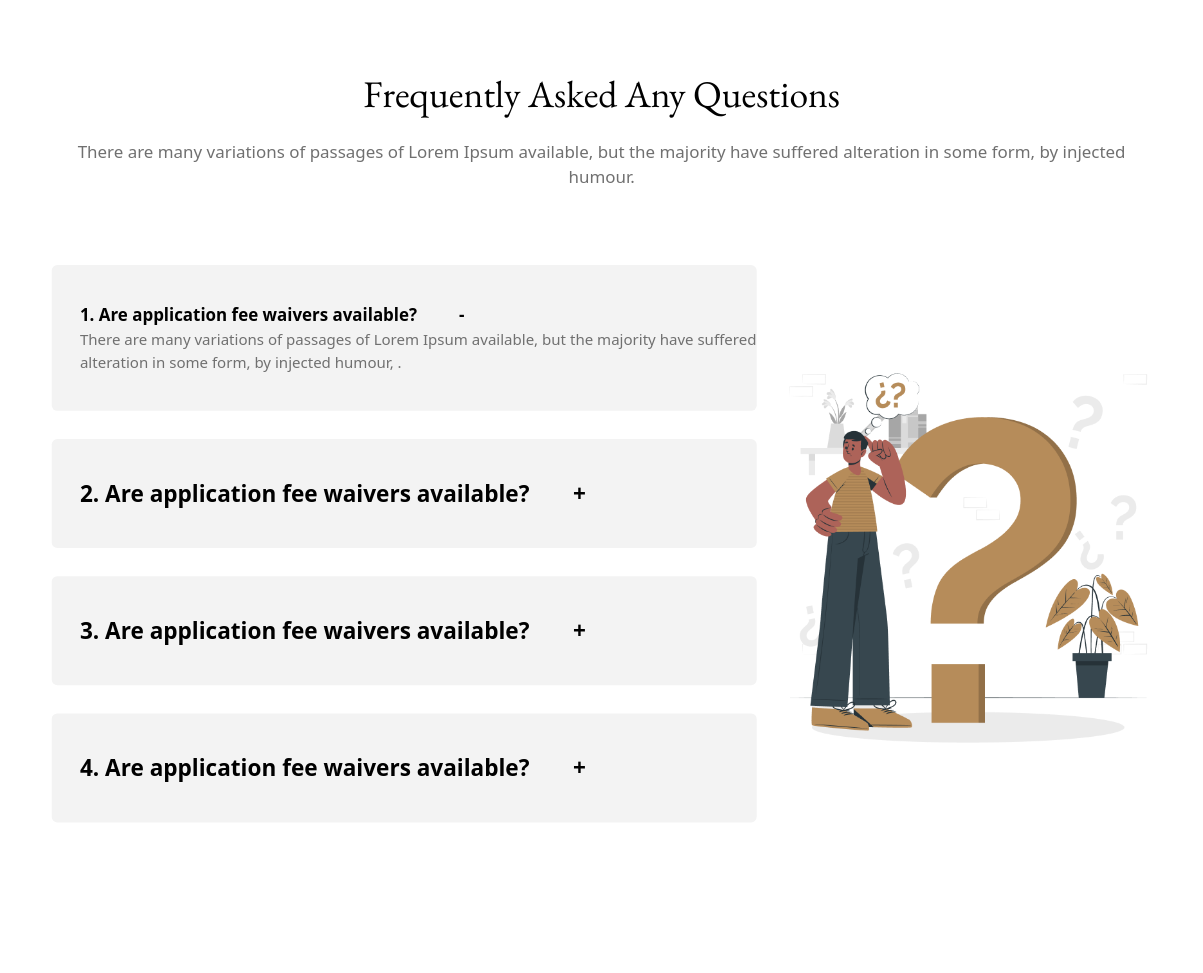
Repository: nahid-hasann/website-6
Page: index.html
An editor plug-in stored every save of this project. The page is shown before and after a run of saves, followed by the edit.
The browser window is 1280 px wide. The pictures show the whole page, at 94% of full size.

Above is the page before, as saved 2025-07-21 15:54:38.

After the next 2 saves:
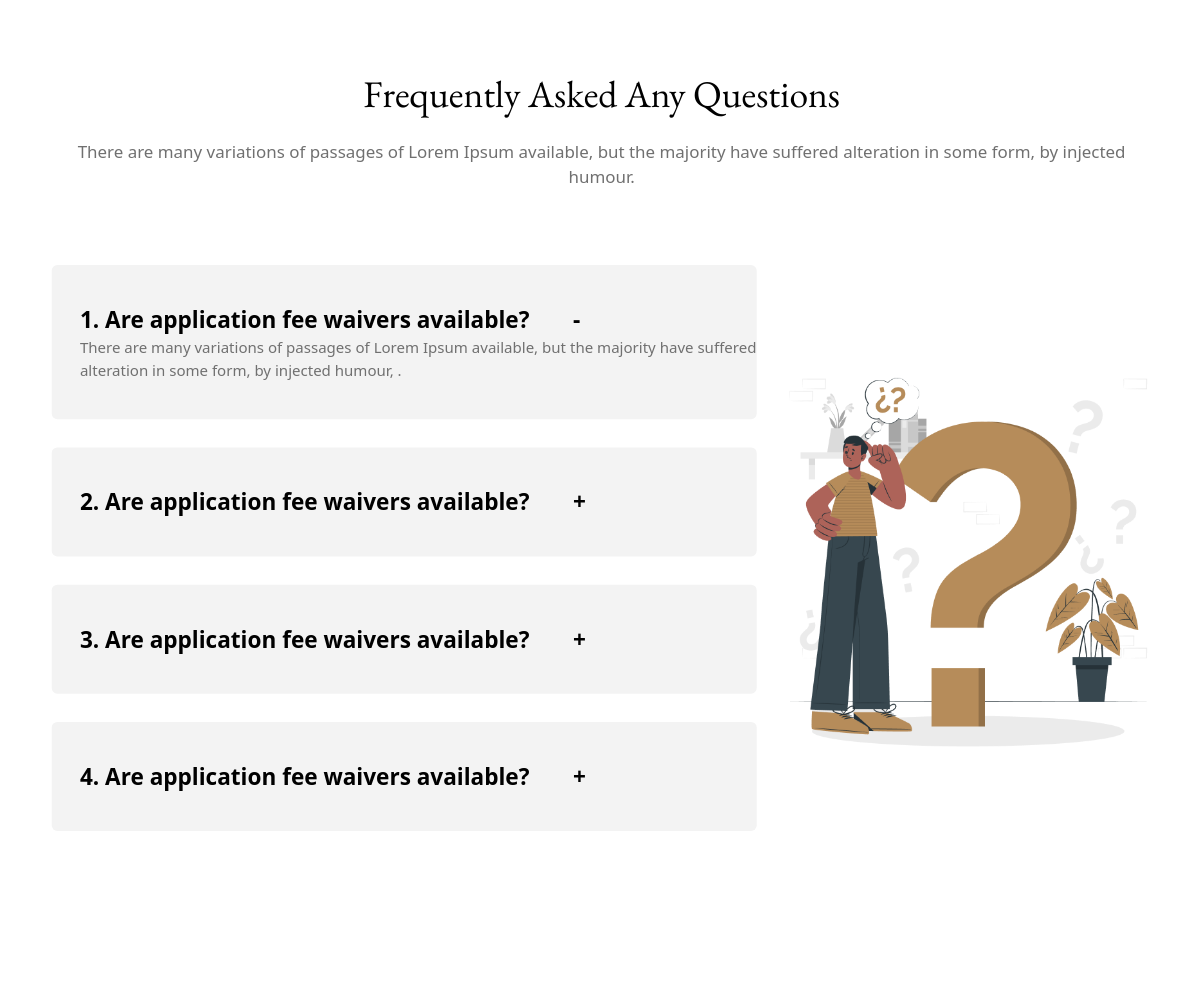
The 2 saves are shown as one change because they came seconds apart.
The last was saved 16 s later.
--- a/index.html
+++ b/index.html
@@ -105,7 +105,7 @@
          <div class="ques-img lg:flex lg:justify-around lg:items-center lg:gap-[30px] lg:mt-[80px] ">
              <div>
                  <div class=" bg-[#f3f3f3] pl-[30px] py-[40px] rounded-md mb-[30px]">
-                    <h1 class="lg:text-[18px] font-extrabold">1. Are application fee waivers available? <span class="ml-[40px]">-</span> </h1>
+                    <h1 class="lg:text-[24px] font-extrabold">1. Are application fee waivers available? <span class="ml-[40px]">-</span> </h1>
                     <p class="text-[#707070]">There are many variations of passages of Lorem Ipsum available, but the majority have suffered alteration in some form, by injected humour, . </p>
                  </div>
                  <div class=" bg-[#f3f3f3] pl-[30px] py-[40px] rounded-md mb-[30px]">
